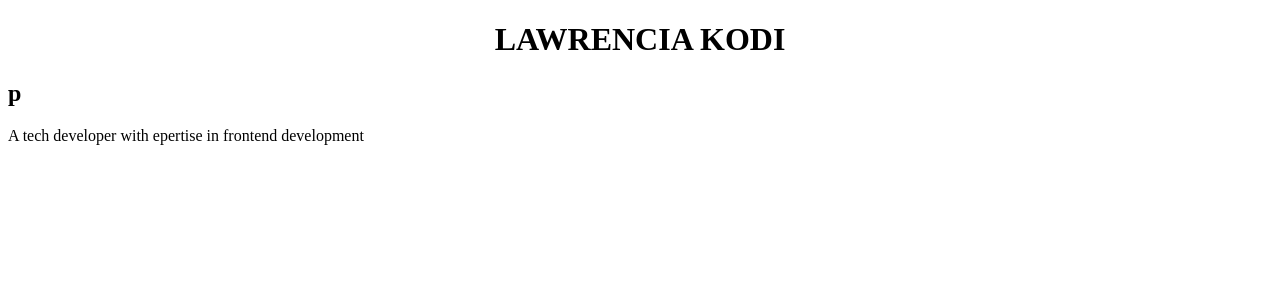
Repository: lawrencia-coder/T4G_CV
Page: index.html
The author's editor kept a copy of each file at every save. The page is drawn from the files as they stood at one save, then again after the next save.
The browser window is 1280 px wide. The pictures show the whole page.
Some web libraries are served in a nearby version.

Above is the page before, as saved 2026-07-09 07:18:37.

### index.html
<!DOCTYPE html>
<html lang="en">
<head>
    <meta charset="UTF-8">
    <meta name="viewport" content="width=device-width, initial-scale=1.0">
    <script src="https://kit.fontawesome.com/c72fc9c022.js" crossorigin="anonymous"></script>
    <title>T4G_CV</title>
    <link rel="stylesheet" href="style.css">
</head>
<body>
    <h1>LAWRENCIA KODI</h1>
    <div class="cv-container">
        <div>
            <h2>p</h2>
            <p>A tech developer with epertise in frontend development</p>
        </div>

    </div>

</body>
</html>

### style.css
/* working on my headings */
h1{
    text-align: center;

}

After the next save:
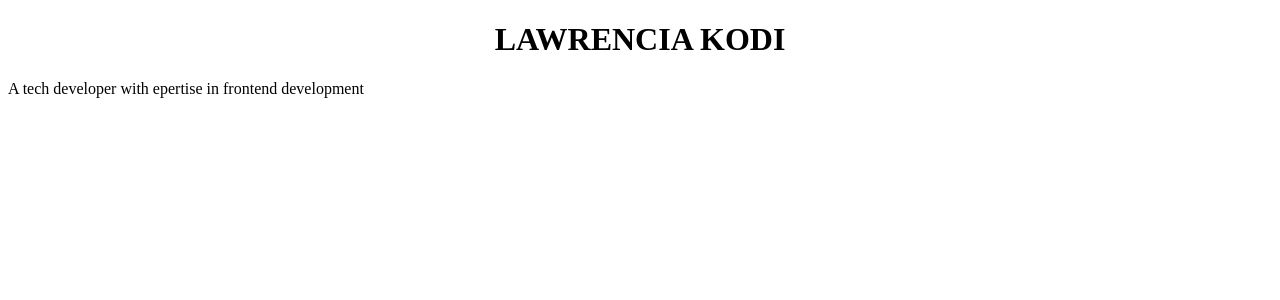
Saved 1 s later.
--- a/index.html
+++ b/index.html
@@ -11,7 +11,7 @@
     <h1>LAWRENCIA KODI</h1>
     <div class="cv-container">
         <div>
-            <h2>p</h2>
+            <h2></h2>
             <p>A tech developer with epertise in frontend development</p>
         </div>
 
